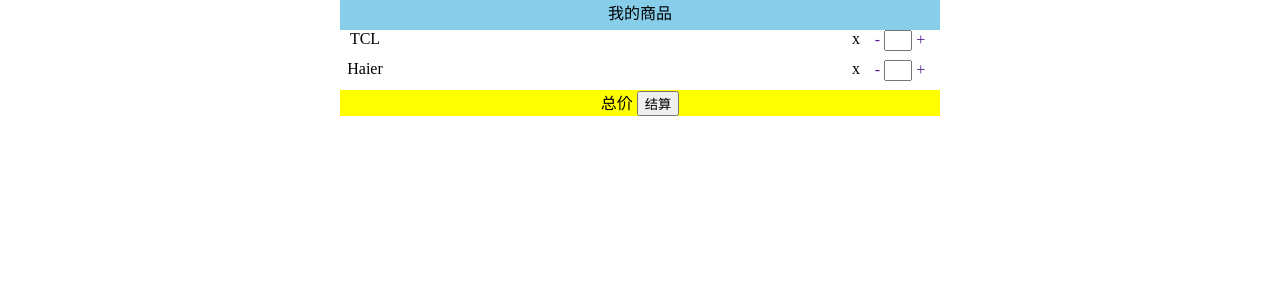
Repository: R1Deemo/Vue
Page: 10购物车.html
The author's editor kept a copy of each file at every save. The page is drawn from the files as they stood at one save, then again after the next save.
The browser window is 1280 px wide. The pictures show the whole page.

Above is the page before, as saved 2022-11-14 15:31:57.

### 10购物车.html
<!DOCTYPE html>
<html lang="en">

<head>
    <meta charset="UTF-8">
    <meta http-equiv="X-UA-Compatible" content="IE=edge">
    <meta name="viewport" content="width=device-width, initial-scale=1.0">
    <title>Document</title>
    <link rel="stylesheet" href="/css/购物车.css">
</head>

<body>
    <div id="app">
        <div class="container">
            <my-cart></my-cart>
        </div>
    </div>
    <script src="https://cdn.jsdelivr.net/npm/vue/dist/vue.js"></script>
    <script>
        var CartTitle = {
            template: `<div class="title">我的商品</div>`
        }
        var CartList = {
            template: `
            <div id='main'>
                <div class='item'>
                    <div class="name">TCL</div>
                    <div class="change">
                        <a href="">-</a>
                        <input type='text' class='num'/>
                        <a href="">+</a>
                    </div>
                    <div class='del'>x</div>
                </div>
                <div class='item'>
                    <div class="name">Haier</div>
                    <div class="change">
                        <a href="">-</a>
                        <input type='text' class='num'/>
                        <a href="">+</a>
                    </div>
                    <div class='del'>x</div>
                </div>
            </div>`

        }
        var CartTotal = {
            template: ` <div class="total">
                <div id='foot'><span>总价</span>
                    <button>结算</button></div>

                </div>`
        }
        Vue.component('my-cart', {
            template: `
            <div  class="cart">
                <cart-title></cart-title>
                <cart-list></cart-list>
                <cart-total></cart-total>
                </div>
            `,
            components: {
                'cart-title': CartTitle,
                'cart-list': CartList,
                'cart-total': CartTotal,

            }
        })
        var vm = new Vue({
            el: '#app',
            data: {

            }
        })
    </script>
</body>

</html>

### css/购物车.css
body,
html {
    margin: 0;
    padding: 0;
}

.title {
    background-color: skyblue;
    height: 30px;
}

.container {
    margin: 0 auto;
    text-align: center;
}

.change {
    float: right;
    width: 80px;
}

.del {
    float: right;
}

a {
    text-decoration: none;
}

.num {
    width: 20px;
}

.name {
    float: left;
    width: 50px;
}

.cart {
    width: 600px;
    height: 200px;
    margin: 0 auto;
}

.item {
    height: 30px;
}

.total {
    background-color: yellow;
    width: 100%;
    float: right;
}

After the next save:
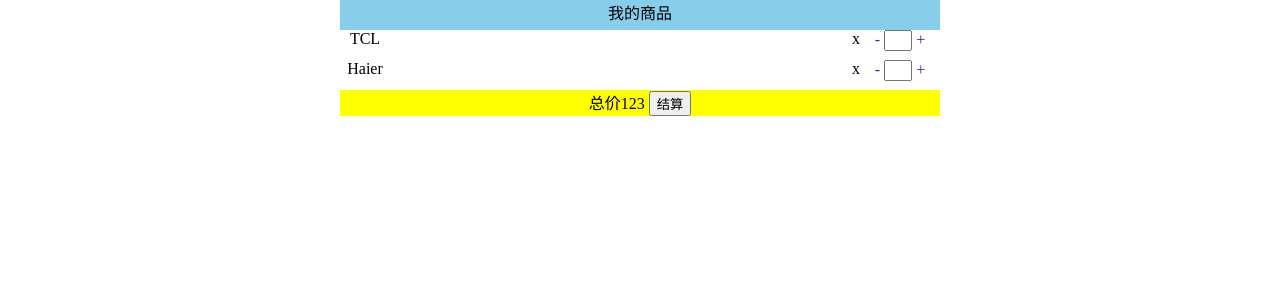
Saved 13 s later.
--- a/10购物车.html
+++ b/10购物车.html
@@ -46,7 +46,7 @@
         }
         var CartTotal = {
             template: ` <div class="total">
-                <div id='foot'><span>总价</span>
+                <div id='foot'><span>总价123</span>
                     <button>结算</button></div>
 
                 </div>`
